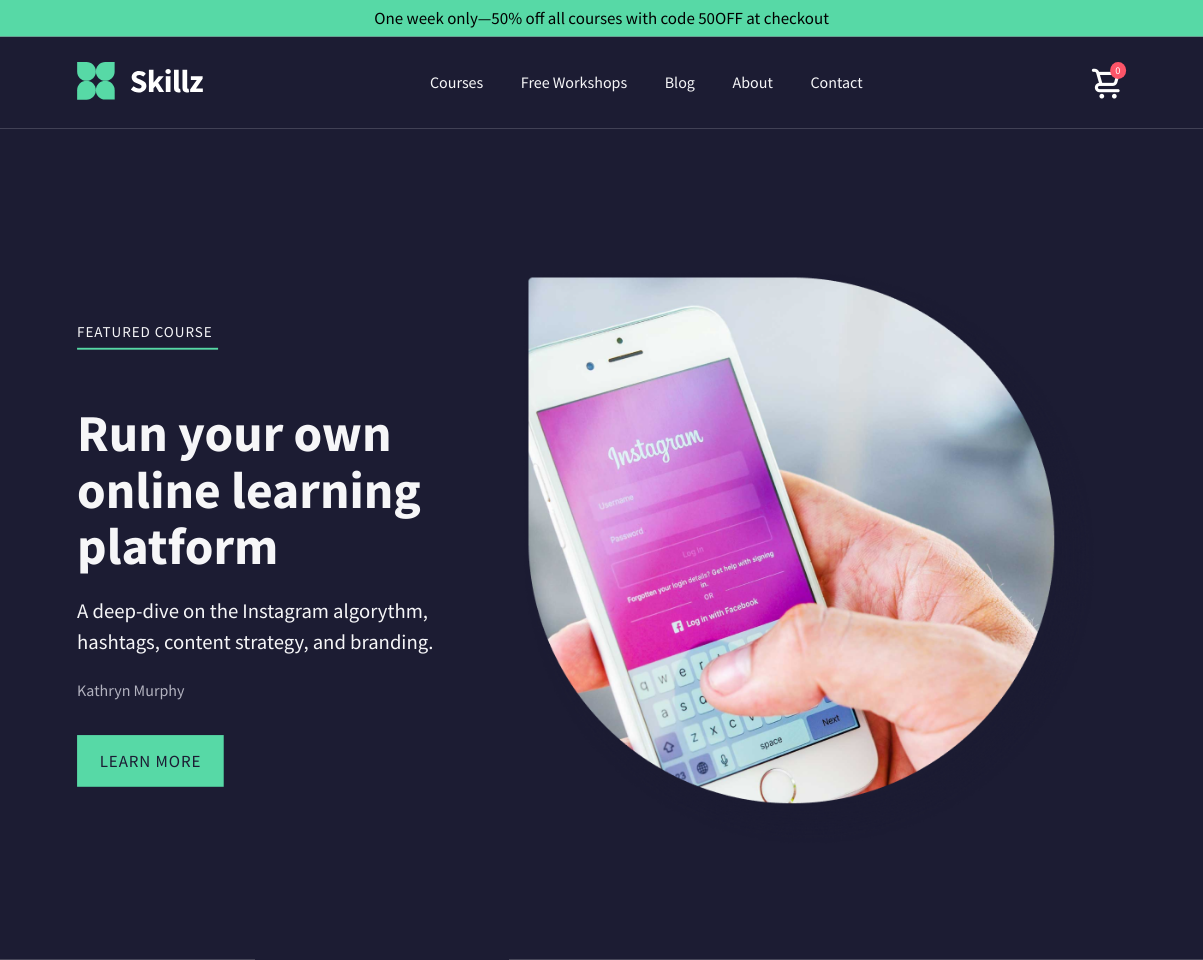
Repository: saidabbasun/skillz
Page: /
These files come from the project's save history. The page is drawn as it stood at one moment and after the next save; the edit follows.
The browser window is 1280 px wide. The pictures show the whole page, at 94% of full size.
The project was rebuilt for these pictures with package versions that can differ from the ones it lists, and the page was loaded fresh each time.

Above is the page before, as saved 2022-06-13 04:31:37.

After the next save:
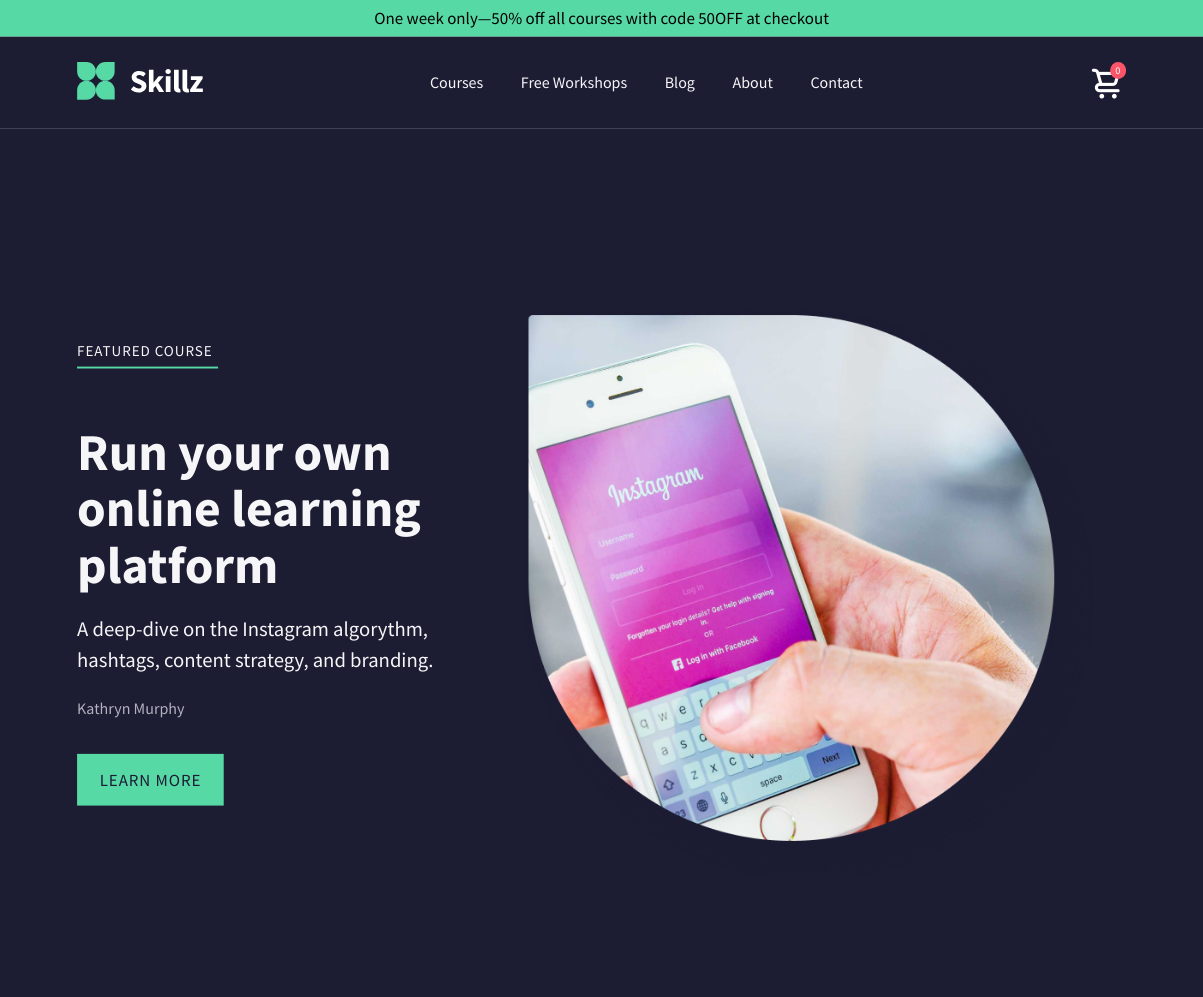
Saved 14 s later.
--- a/src/styles/Home.scss
+++ b/src/styles/Home.scss
@@ -54,7 +54,7 @@
 
 .col7{
     width: 60%;
-    padding-top:30px ;
+    padding-top:70px ;
 }
 
 .bgRectangle{
